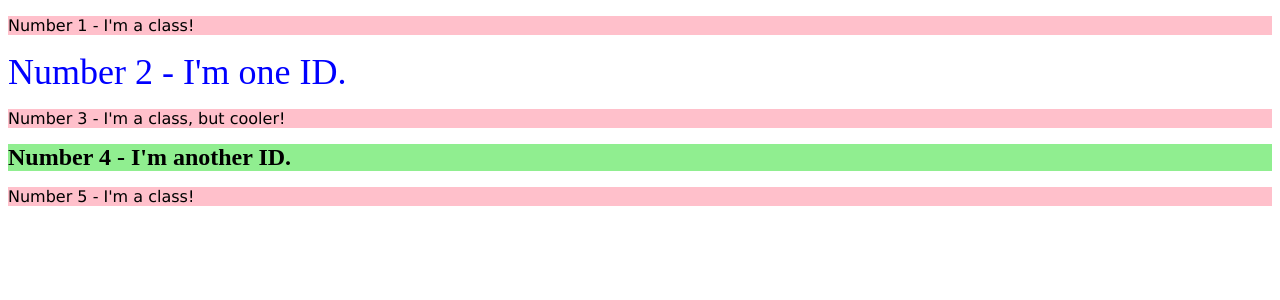
Repository: evemcd/odin_project
Page: odin-css-foundation/02-class-id-selectors/index.html
The author's editor kept a copy of each file at every save. The page is drawn from the files as they stood at one save, then again after the next save.
The browser window is 1280 px wide. The pictures show the whole page.

Above is the page before, as saved 2022-02-01 12:06:58.

### odin-css-foundation/02-class-id-selectors/index.html
<!DOCTYPE html>
<html lang="en">

<head>
    <meta charset="UTF-8">
    <meta http-equiv="X-UA-Compatible" content="IE=edge">
    <meta name="viewport" content="width=device-width, initial-scale=1.0">
    <title>Class and ID Selectors</title>
    <link rel="stylesheet" href="style.css">
</head>

<body>
    <p class="pink">Number 1 - I'm a class!</p>
    <div id="blue">Number 2 - I'm one ID.</div>
    <p class="pink largeFont">Number 3 - I'm a class, but cooler!</p>
    <div id="green">Number 4 - I'm another ID.</div>
    <p class="pink">Number 5 - I'm a class!</p>
</body>

</html>

### odin-css-foundation/02-class-id-selectors/style.css
.pink {
    background-color: pink;
    font-family: 'Verdana', 'DejaVu Sans', sans-serif;
}

#blue {
    color: blue;
    font-size: 36px;
}

.pink .largeFont {
    font-size: 24px;
}

#green {
    background-color: lightgreen;
    font-size: 24px;
    font-weight: bold;
}

After the next save:
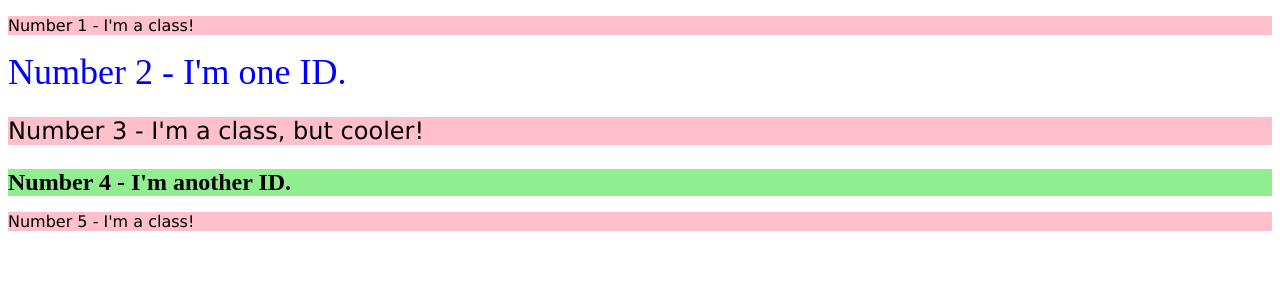
Saved 39 s later.
--- a/odin-css-foundation/02-class-id-selectors/style.css
+++ b/odin-css-foundation/02-class-id-selectors/style.css
@@ -8,7 +8,7 @@
     font-size: 36px;
 }
 
-.pink .largeFont {
+.pink.largeFont {
     font-size: 24px;
 }
 
